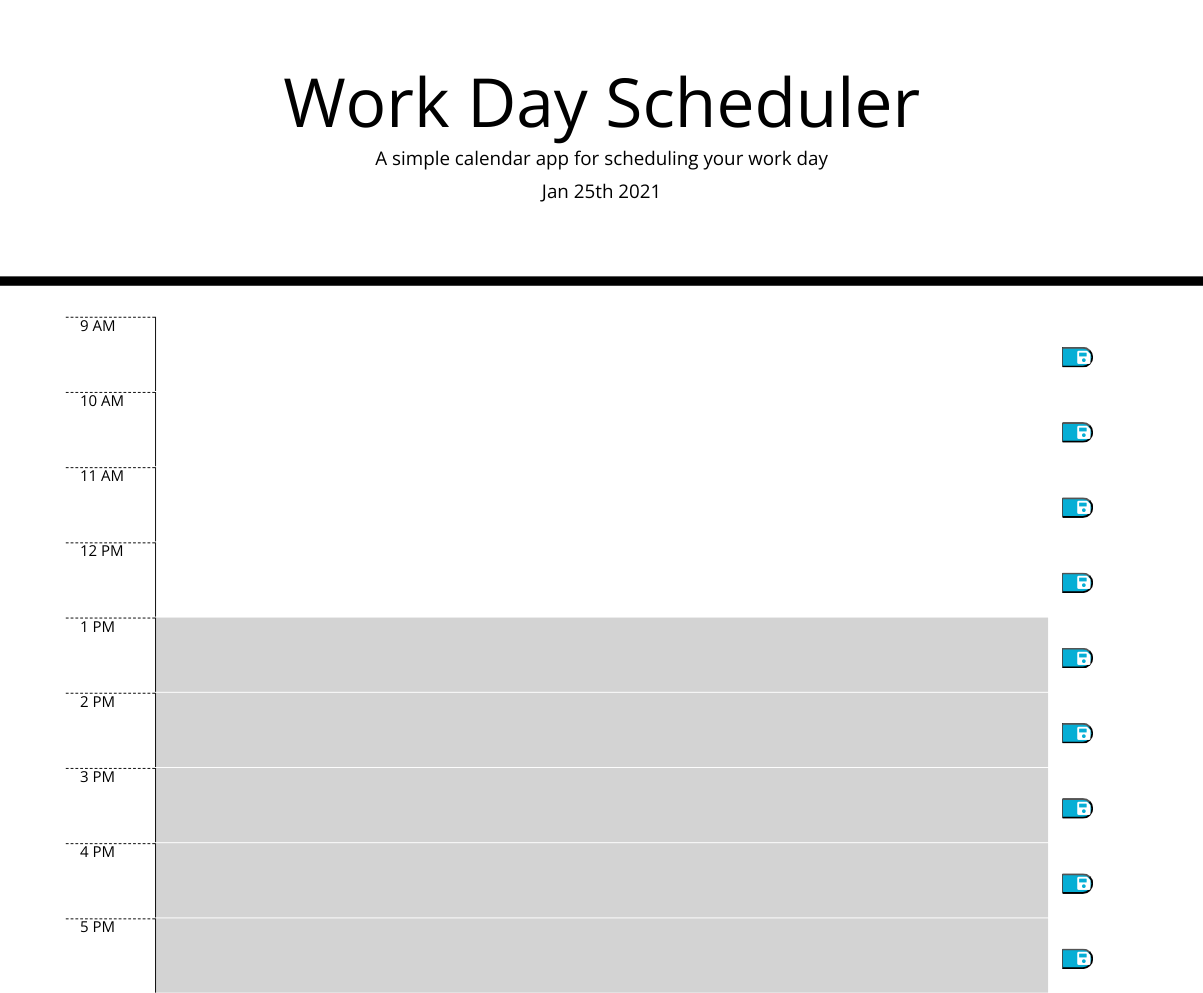
Repository: UPye/workDayScheduler
Page: index.html
The author's editor kept a copy of each file at every save. The page is drawn from the files as they stood at one save, then again after a run of saves.
The browser window is 1280 px wide. The pictures show the whole page, at 94% of full size.
Some web libraries are served in a nearby version.

Above is the page before, as saved 2021-01-25 21:36:22.

After the next 2 saves:
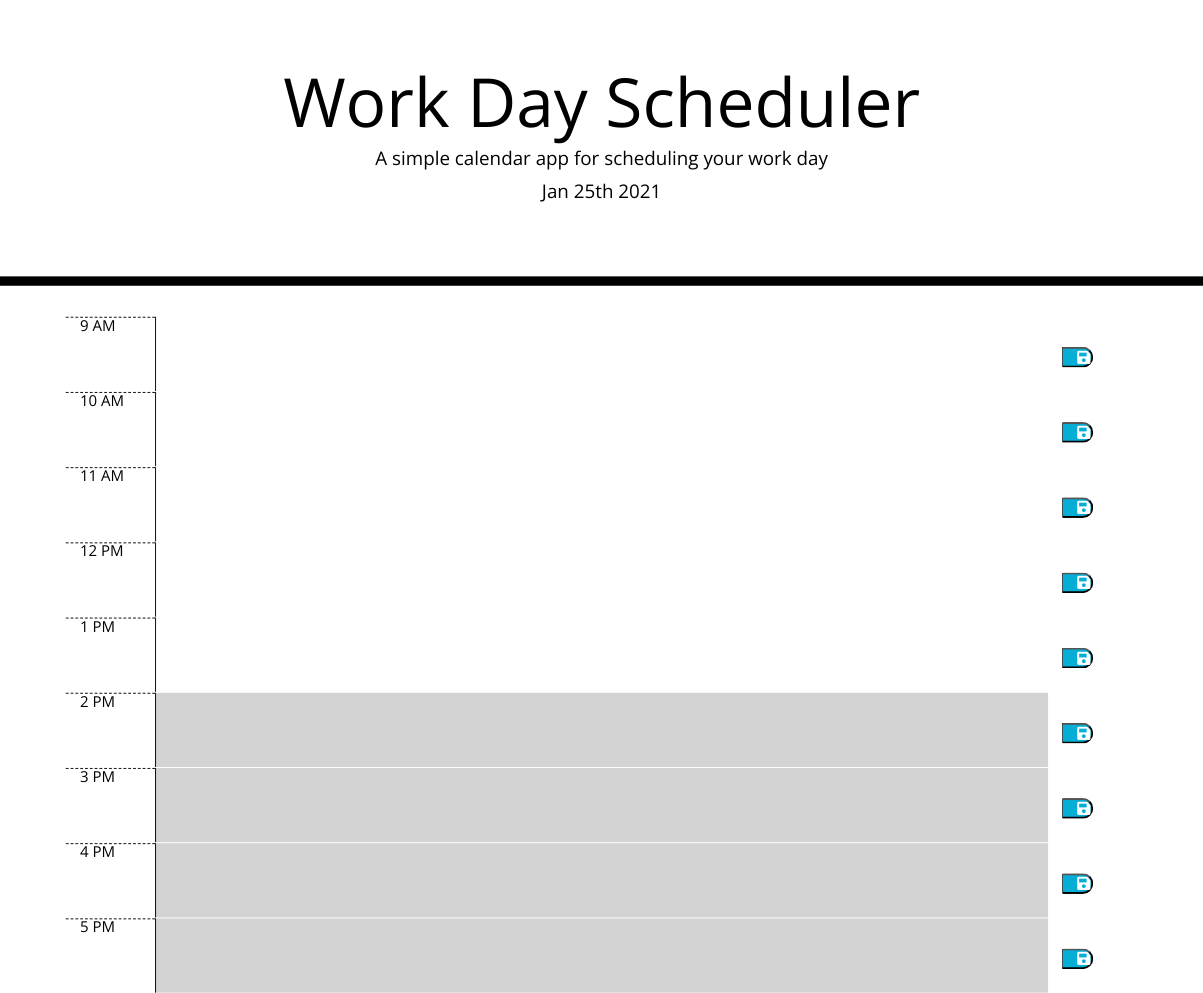
The 2 saves are shown as one change because they came seconds apart.
The last was saved 13 s later.
--- a/index.html
+++ b/index.html
@@ -61,7 +61,7 @@
       </section>
       <section class="row timeblocks">
         <div class="col-1 hour">1 PM</div>
-        <textarea id="1pm hour-1" class="task col-10" placeholder="" autocomplete="off"></textarea>
+        <textarea id="hour-1" class="task col-10" placeholder="" autocomplete="off"></textarea>
         <div class="col-1 save">
           <button type="button" id="save-1" data-id="1" class="saveBtn col-1"><i class="fas fa-save"></i></button>
         </div>
